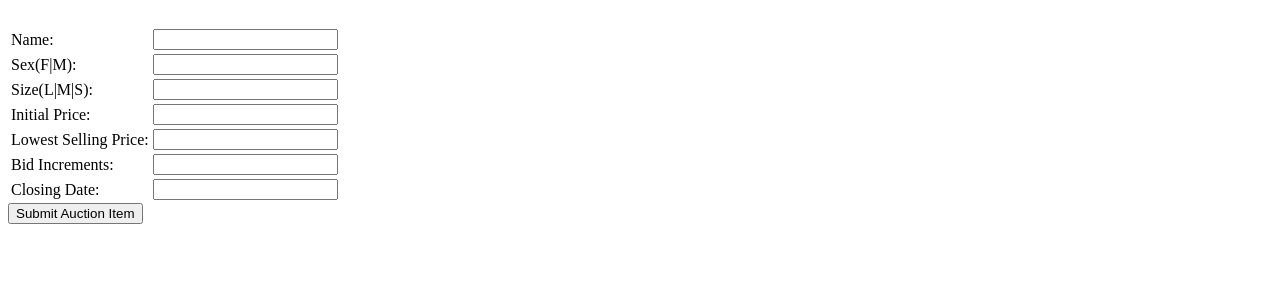
Repository: Kevin-Zhang-0/cs336Project
Page: http://localhost/cs336Sample/shirt.jsp
The author's editor kept a copy of each file at every save. The page is drawn from the files as they stood at one save, then again after the next save.
The browser window is 1280 px wide. The pictures show the whole page.
The page is served by Tomcat 9.

Above is the page before, as saved 2022-05-04 03:19:48.

After the next save:
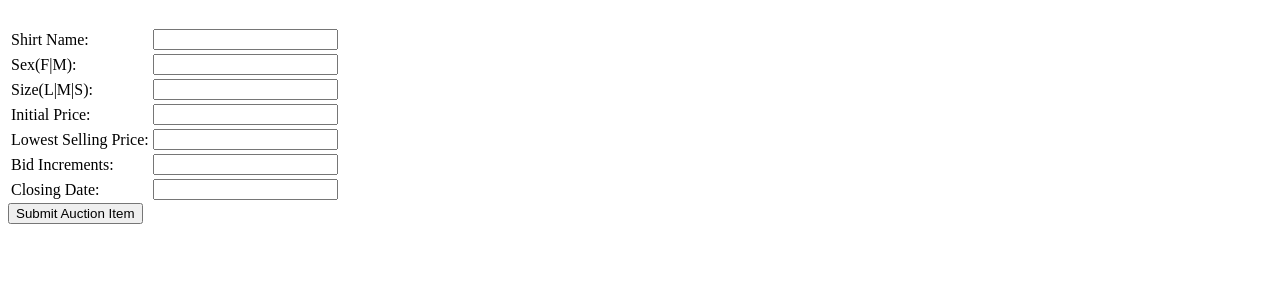
Saved 11 s later.
--- a/cs336Sample/src/main/webapp/shirt.jsp
+++ b/cs336Sample/src/main/webapp/shirt.jsp
@@ -17,7 +17,7 @@
 		<form method="post" action="loginLogic.jsp">
 			<table>
 				<tr>
-					<td>Name:</td><td><input type="text" name="name"></td>
+					<td>Shirt Name:</td><td><input type="text" name="name"></td>
 				</tr>
 
 				<tr>
